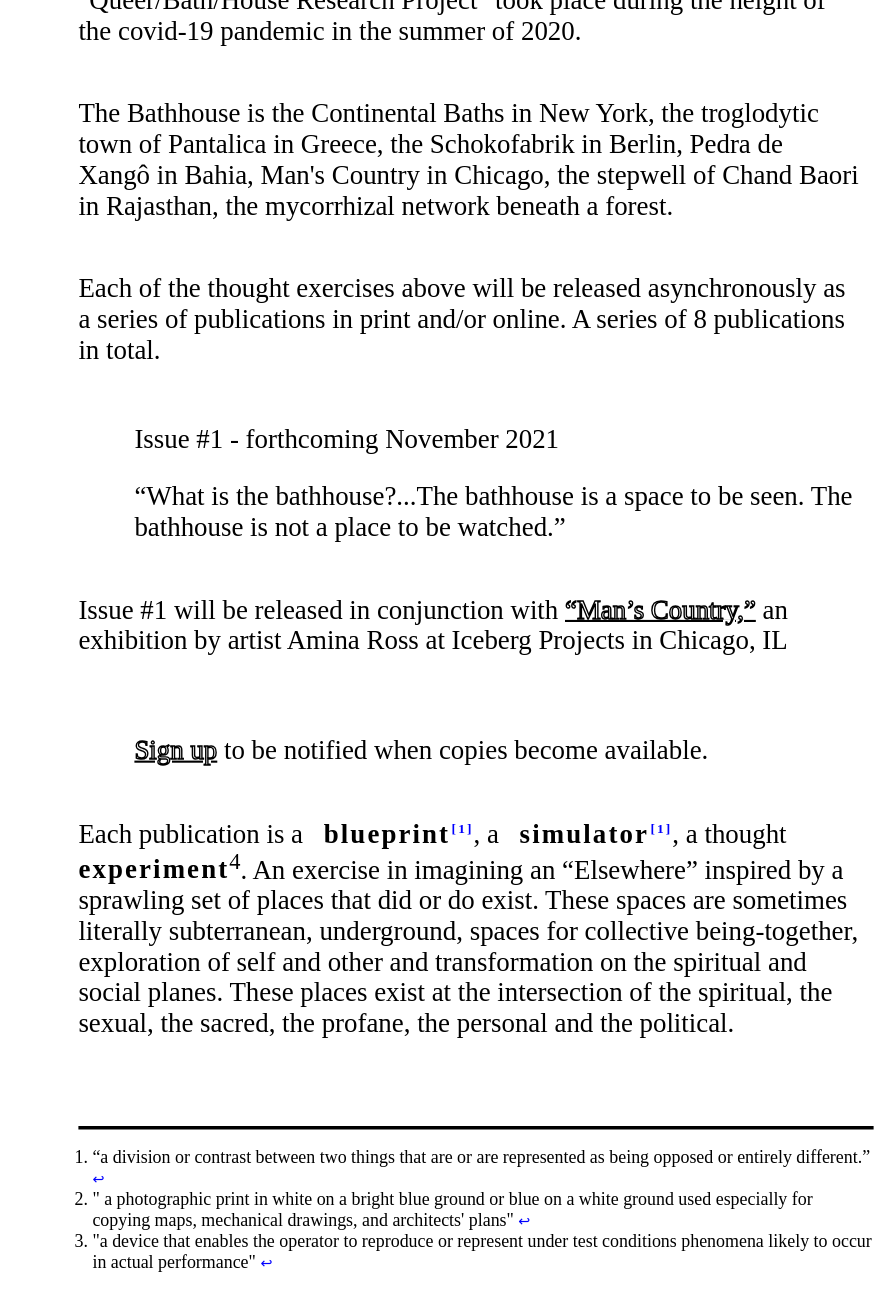
Repository: ayoungblood2/bathhouse.online
Page: index.html
These files come from the project's save history. The page is drawn as it stood at one moment and after the next save; the edit follows.
The browser window is 1280 px wide. The pictures show the part of the page from y = 2512 to 4432 px (the page is 4388 px tall before and 4432 px after), at 70% of full size.
An inner scrolling area shows only its first screen. Backgrounds fixed to the window are drawn as part of the page. Some web fonts or font styles are not loaded; a fallback is used.

Above is the page before, as saved 2021-10-16 17:34:39.
Not found: js/layout_main.js
Not found: js/three_main.js
Not found: style.css

### index.html
<!DOCTYPE html>
<html>

<head>
    <meta charset="UTF-8">
    <meta name="viewport" content="width=device-width, initial-scale=1.0, maximum-scale=1.0, user-scalable=no" />
    <title>bathhouse.online</title>
    <link rel="apple-touch-icon" sizes="180x180" href="/apple-touch-icon.png">
    <link rel="icon" type="image/png" sizes="32x32" href="/favicon-32x32.png">
    <link rel="icon" type="image/png" sizes="16x16" href="/favicon-16x16.png">
    <link rel="manifest" href="/site.webmanifest">
    <link rel="stylesheet" href="style.css">
    <script src="http://code.jquery.com/jquery-1.12.0.min.js"></script>
    <link rel='dns-prefetch' href='//ajax.googleapis.com' />
    <meta name="keywords" content="Amina Ross, Avery Youngblood">
    <meta name="author" content="Avery Youngblood">
    <script type="text/javascript" src="./js/layout_main.js"></script>
    <script type="text/javascript" src="./js/three_main.js"></script>

    <style>
        @font-face {
            font-family: Avenir Next Heavy;
            src: url(fonts/AvenirNext.ttc);
        }

        body,
        html {
            height: 100%;
            width: 100%;
            margin: 0;
            overflow-x: hidden;
        }

        *,
        *:before,
        *:after {
            box-sizing: inherit;
        }

        .bg {

            /* background-image: url('images/20211010224425098.gif'); */


            /* Full height */
            height: 100%;

            /* Center and scale the image nicely */
            background-position: center;
            background-repeat: no-repeat;
            background-size: cover;
            position: relative;
            top: 0;
            left: 0;

            /* padding: 100px; */

            font-family: "Avenir Next Heavy";

        }




        .txt {
            position: absolute;
            top: 60px;
            left: 80px;
            font-family: "Avenir Next Heavy";
        }

        h1 {
            font-size: 10vw;
            text-align: center;
        }

        p {
            font-size: 3vw;
        }

        .parallax {
            /* The image used */
            background-image: url('images/20211010224425098.gif');

            /* Full height */
            height: 100%;

            /* Create the parallax scrolling effect */
            background-attachment: fixed;
            background-position: center;
            background-repeat: no-repeat;
            background-size: cover;
        }

        .container {
            padding: 10px;
            width: 2em;
        }

        .item {
            width: 50%;
            width: fit-content;
            padding: 5px;
            margin-bottom: 1em;
        }


        @media only screen and (max-width:900px) {
            h1 {
                font-size: 8vw;
            }

            .bg {
                padding: 0px;
            }

            p {
                font-size: 2vw;
            }
        }

        .top {
            padding: 1em;
            /* display: grid; */
            /* grid-gap: 3em; */
            grid-template-columns: repeat(1, 250px);
        }

        .quote {
            padding: 1em;
            /* border-radius: .3em; */
            /* box-shadow: 10px 10px 30px rgba(0, 0, 0, 0.1); */
        }

        p {
            margin-top: 0;
            margin-right: 20px;
            font-size: 3vw;
        }

        span {
            font-weight: bold;
            position: relative;
            margin-left: 20px;
        }

        :before {
            content: '';
            position: fixed;
            height: 1px;
            width: 20px;
            /* border-bottom: 1px solid black; */
            top: 20px;
        }




        @media(min-width:950px) {
            .top {
                grid-template-columns: repeat(2, 250fr);
            }
        }

        .tab {
            margin-left: 80px;
        }

        footer {
            margin-top: 50px;
            border-top: 5px solid black;
            font-size: 2vw;
        }

        footer ol {
            padding-left: 20px;
        }

        /**
 * Initialiazing a `footnotes` counter on the wrapper
 */
        article {
            counter-reset: footnotes;
        }

        /**
 * Inline footnotes references
 * 1. Increment the counter at each new reference
 * 2. Reset link styles to make it appear like regular text
 */
        [aria-describedby="footnote-label"] {
            counter-increment: footnotes;
            /* 1 */
            text-decoration: none;
            /* 2 */
            color: inherit;
            /* 2 */
            cursor: default;
            /* 2 */
            outline: none;
            /* 2 */
        }

        /**
 * Actual numbered references
 * 1. Display the current state of the counter (e.g. `[1]`)
 * 2. Align text as superscript
 * 3. Make the number smaller (since it's superscript)
 * 4. Slightly offset the number from the text
 * 5. Reset link styles on the number to show it's usable
 */
        [aria-describedby="footnote-label"]::after {
            content: '['counter(footnotes) ']';
            /* 1 */
            vertical-align: super;
            /* 2 */
            font-size: 0.5em;
            /* 3 */
            margin-left: 2px;
            /* 4 */
            color: blue;
            /* 5 */
            /* text-decoration: underline; */
            /* 5 */
            cursor: pointer;
            /* 5 */
        }

        /**
 * Resetting the default focused styles on the number
 */
        [aria-describedby="footnote-label"]:focus::after {
            outline: thin dotted;
            outline-offset: 2px;
        }

        [aria-label="Back to content"] {
            font-size: 0.8em;
        }

        /**
 * Highlight target note
 */
        footer :target {
            background: yellow;
        }

        /**
 * Visually hidden yet accessible content
 */
        .visually-hidden {
            position: absolute;
            clip: rect(0 0 0 0);
            visibility: hidden;
            opacity: 0;
        }
    </style>

<body>


    <div class="parallax"></div>

    <div class="bg"></div>

    <div class="txt">

        <h1>bathhouse.online</h1>



        <div class="top">
            <div class="quote">

                <p style="font-size: 5vw;">

                    The bathhouse is safe. <br>The bathhouse is not secure.<br><br>
                    The bathhouse is a space to be seen. <br>The bathhouse is not a place to be watched.<br><br>
                    The bathhouse is sensual. <br>The bathhouse is not unspiritual.<br><br>
                    The bathhouse is a space for meaningful work. <br>The bathhouse is not a workplace.<br><br>
                    The bathhouse is a technology. <br>The bathhouse is not a machine.<br><br>
                    The bathhouse is immersive. <br>The bathhouse is not without a body.<br><br>
                    The bathhouse is sweating. <br>The bathhouse is not drained.<br><br>
                    The bathhouse is gone. <br>The bathhouse is not over.<br>
                </p>

                <br>

                <p>
                    “The Bathhouse” is a yet-to-exist space, generated through a set of (false)<span
                        style="letter-spacing: 3px;"><a href="#footnotes" aria-describedby="footnote-label"
                            id="footnotes-ref">dichotomies</a></span>,
                    core questions, reflections and exercises. The characteristics of The Bathhouse are drawn from the
                    "Queer/Bath/House Research Project" - A research project conceived of by <a
                        style="color: white; -webkit-text-stroke: 2px black;" href=aminaross.com>Amina
                        Ross</a>, carried forward with artist and summer research assistant <a
                        style="color: white; -webkit-text-stroke: 2px black;" href=https://nguyenbao.myportfolio.com>
                        Bao Nguyen</a>. "Queer/Bath/House Research Project" took place during the
                    height of the covid-19 pandemic in the summer of 2020.

                </p>
                <br> <br>
                <p>
                    The Bathhouse is the Continental Baths in New York, the troglodytic town of Pantalica in Greece, the
                    Schokofabrik in Berlin, Pedra de Xangô in Bahia, Man's Country in Chicago, the stepwell of Chand
                    Baori in Rajasthan, the mycorrhizal network beneath a forest.


                </p>
                <br> <br>
                <p>
                    Each of the thought exercises above will be released asynchronously as a series of publications in
                    print and/or online. A series of 8 publications in total.<br><br>
                <p class="tab">Issue #1 - forthcoming November 2021</p>
                <p class="tab">“What is the bathhouse?...The bathhouse is a space to be seen. The bathhouse is not a
                    place to be
                    watched.”</p>
                </p>
                <br> <br>
                <p>
                    Issue #1 will be released in conjunction with <a
                        style="color: white; -webkit-text-stroke: 2px black;" href=https://icebergchicago.com>“Man’s
                        Country,”</a> an exhibition by artist Amina Ross at Iceberg Projects in Chicago, IL
                </p>
                <br> <br>
                <p>

                <p class="tab"><a style="color: white; -webkit-text-stroke: 2px black;"
                        href=https://forms.gle/NMAofWzGxNe4W74i9>Sign up</a> to be notified when copies become
                    available.</p>

                </p>
                <br> <br>
                <p>
                    Each publication is a <span style="letter-spacing: 3px;"><a href="#css"
                            aria-describedby="footnote-label" id="css-ref">blueprint</a></span>, a <span
                        style="letter-spacing: 3px;"><a href="#css-counters" aria-describedby="footnote-label"
                            id="css-counters-ref">simulator</a></span>, a thought <span
                        style="letter-spacing: 3px;">experiment</span><sup>4</sup>. An exercise in imagining an
                    “Elsewhere” inspired by a sprawling set of places that did or do exist. These spaces are sometimes
                    literally subterranean, underground, spaces for collective being-together, exploration of self and
                    other and transformation on the spiritual and social planes. These places exist at the intersection
                    of the spiritual, the sexual, the sacred, the profane, the personal and the political.

                </p>
                <br> <br>


                <footer>

                    <ol>
                        <li id="footnotes"><a style="text-decoration: none; color: black;"
                                href=https://www.lexico.com/en/definition/dichotomy>“a division or contrast between two
                                things that
                                are or are represented as
                                being opposed or entirely different.”</a>

                            <a href="#footnotes-ref" aria-label="Back to content"
                                style="color: blue; text-decoration: none;">↩</a>

                        </li>

                        <li id="css"><a style="text-decoration: none; color: black;"
                                href=https://www.merriam-webster.com/dictionary/blueprint#:~:text=Blueprint%20%7C%20Definition%20of%20Blueprint%20by%20Merriam%2DWebster>"
                                a photographic print in white on a bright blue ground or blue on a white ground
                                used especially for copying maps, mechanical drawings, and architects' plans"</a>

                            <a href="#css-ref" aria-label="Back to content" style="color: blue; text-decoration: none;">↩</a>

                        </li>

                        <li id="css-counters"><a style="text-decoration: none; color: black;"
                                href=https://www.merriam-webster.com/dictionary/simulator>"a device that enables the
                                operator to reproduce or represent under test
                                conditions phenomena likely to occur in actual performance"</a>

                                <a href="#css-counters-ref" aria-label="Back to content" style="color: blue; text-decoration: none;">↩</a>

                        </li>
                    </ol>
                </footer>


            </div>


        </div>

    </div>


</body>

<script>
    $(function () {
        var previousScroll = 0;
        $(window).scroll(function (event) {
            var scroll = $(this).scrollTop();
            var heading = $('.parallax');

            if (scroll > 600) {
                console.log('scrolling down');
                heading.fadeIn("slow", function () {
                    heading.css('opacity', '0.4');
                });
            } else {
                heading.fadeIn("slow", function () {
                    heading.css('opacity', '1');
                });
            }
            previousScroll = scroll;
        });
    })
</script>
</head>

</html>

After the next save:
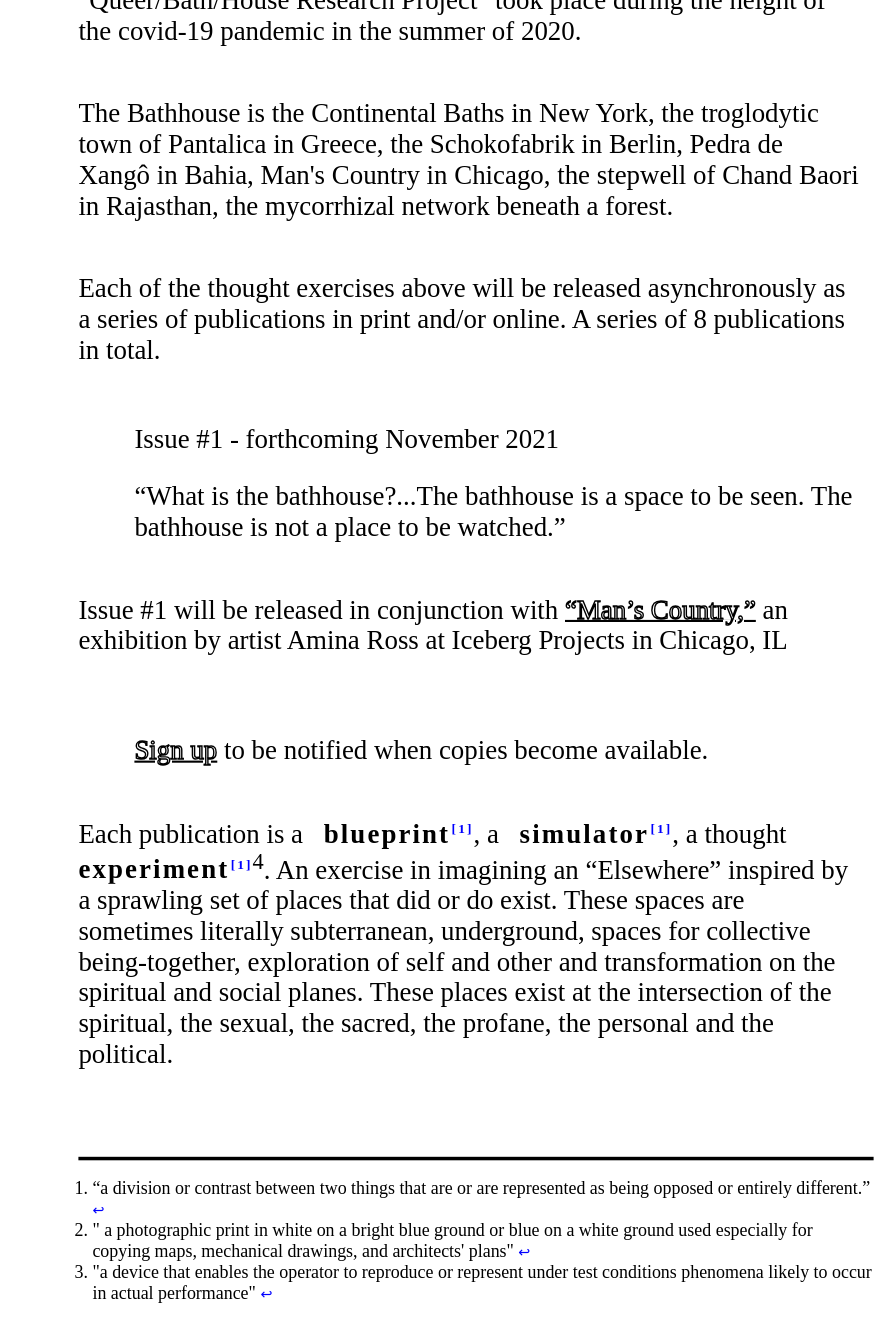
Saved 107 s later.
--- a/index.html
+++ b/index.html
@@ -335,8 +335,9 @@
                     Each publication is a <span style="letter-spacing: 3px;"><a href="#css"
                             aria-describedby="footnote-label" id="css-ref">blueprint</a></span>, a <span
                         style="letter-spacing: 3px;"><a href="#css-counters" aria-describedby="footnote-label"
-                            id="css-counters-ref">simulator</a></span>, a thought <span
-                        style="letter-spacing: 3px;">experiment</span><sup>4</sup>. An exercise in imagining an
+                            id="css-counters-ref">simulator</a></span>, a thought <span style="letter-spacing: 3px;"><a
+                            href="#css-counters" aria-describedby="footnote-label"
+                            id="css-counters-ref">experiment</a></span><sup>4</sup>. An exercise in imagining an
                     “Elsewhere” inspired by a sprawling set of places that did or do exist. These spaces are sometimes
                     literally subterranean, underground, spaces for collective being-together, exploration of self and
                     other and transformation on the spiritual and social planes. These places exist at the intersection
@@ -365,7 +366,8 @@
                                 a photographic print in white on a bright blue ground or blue on a white ground
                                 used especially for copying maps, mechanical drawings, and architects' plans"</a>
 
-                            <a href="#css-ref" aria-label="Back to content" style="color: blue; text-decoration: none;">↩</a>
+                            <a href="#css-ref" aria-label="Back to content"
+                                style="color: blue; text-decoration: none;">↩</a>
 
                         </li>
 
@@ -374,7 +376,8 @@
                                 operator to reproduce or represent under test
                                 conditions phenomena likely to occur in actual performance"</a>
 
-                                <a href="#css-counters-ref" aria-label="Back to content" style="color: blue; text-decoration: none;">↩</a>
+                            <a href="#css-counters-ref" aria-label="Back to content"
+                                style="color: blue; text-decoration: none;">↩</a>
 
                         </li>
                     </ol>
